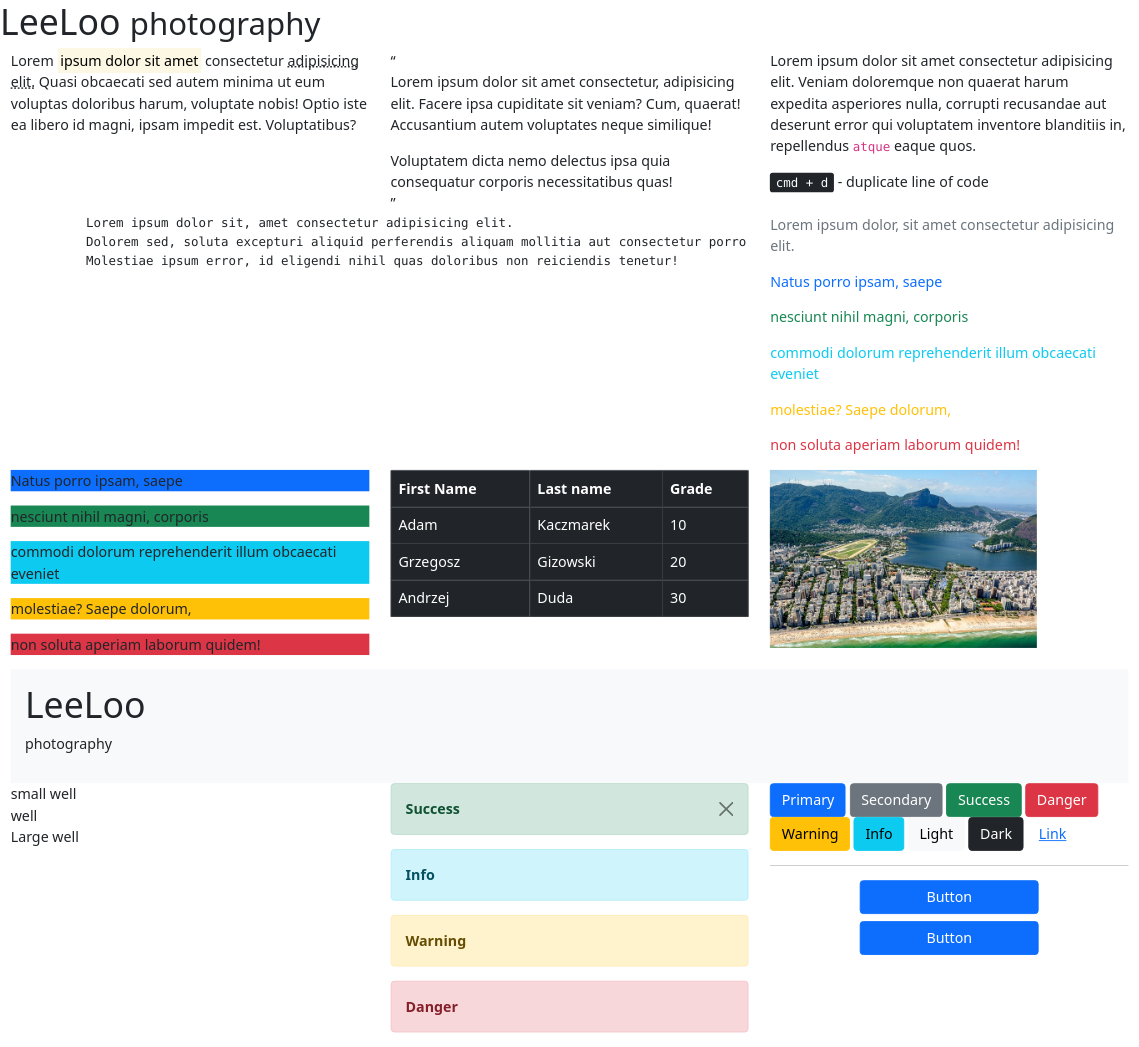
Repository: Zyzik-33/bootstrap-test
Page: index.html
These files come from the project's save history. The page is drawn as it stood at one moment and after the next save; the edit follows.
The browser window is 1280 px wide. The pictures show the whole page, at 89% of full size.

Above is the page before, as saved 2021-01-27 21:24:51.

After the next save:
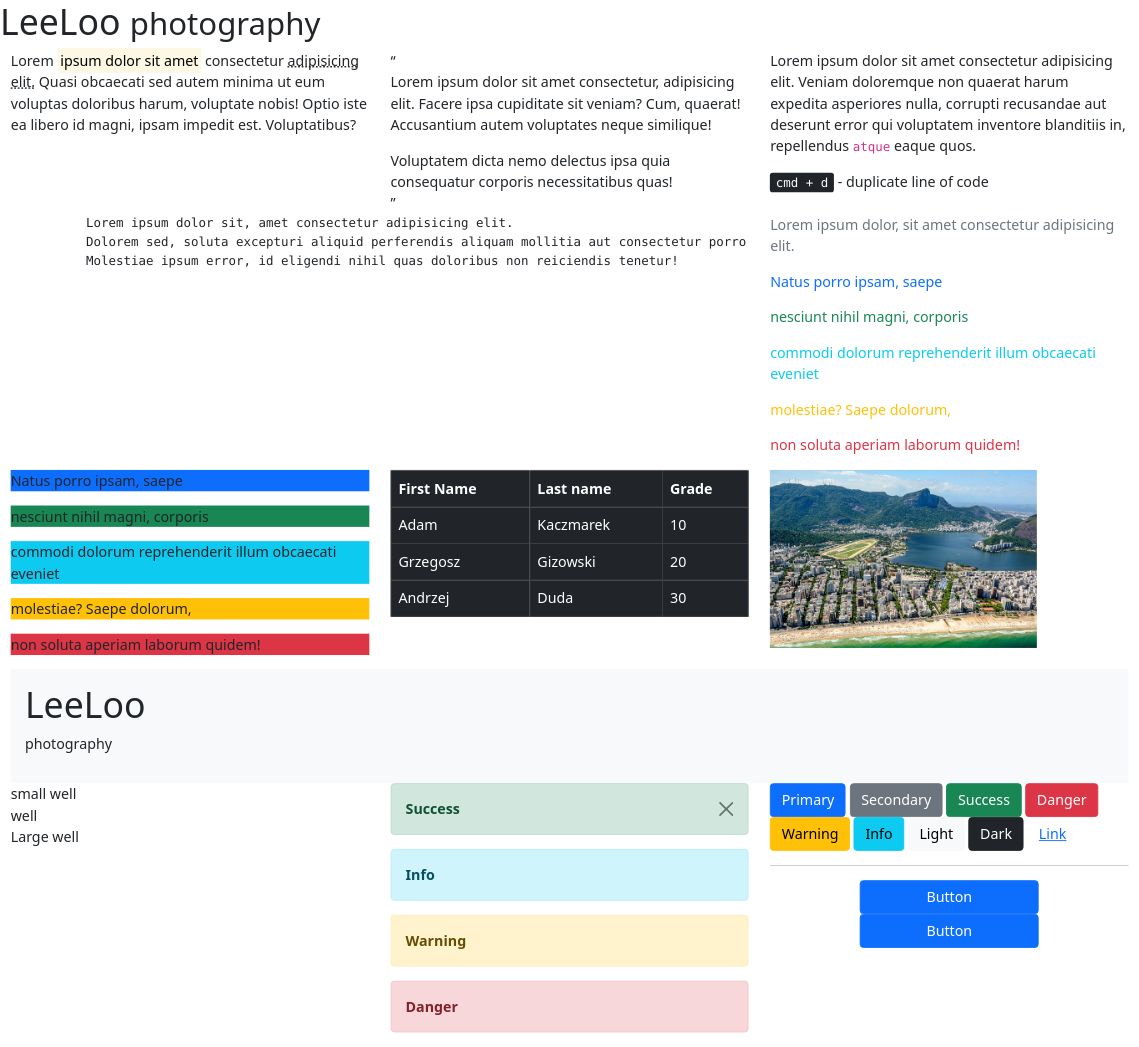
Saved 40 s later.
--- a/index.html
+++ b/index.html
@@ -136,7 +136,7 @@
         <button type="button" class="btn btn-dark">Dark</button>
         <button type="button" class="btn btn-link">Link</button>
         <hr>
-        <div class="d-grid gap-2 col-6 mx-auto">
+        <div class="d-grid gap-7 col-6 mx-auto">
           <button class="btn btn-primary" type="button">Button</button>
           <button class="btn btn-primary" type="button">Button</button>
         </div>

After the save that followed:
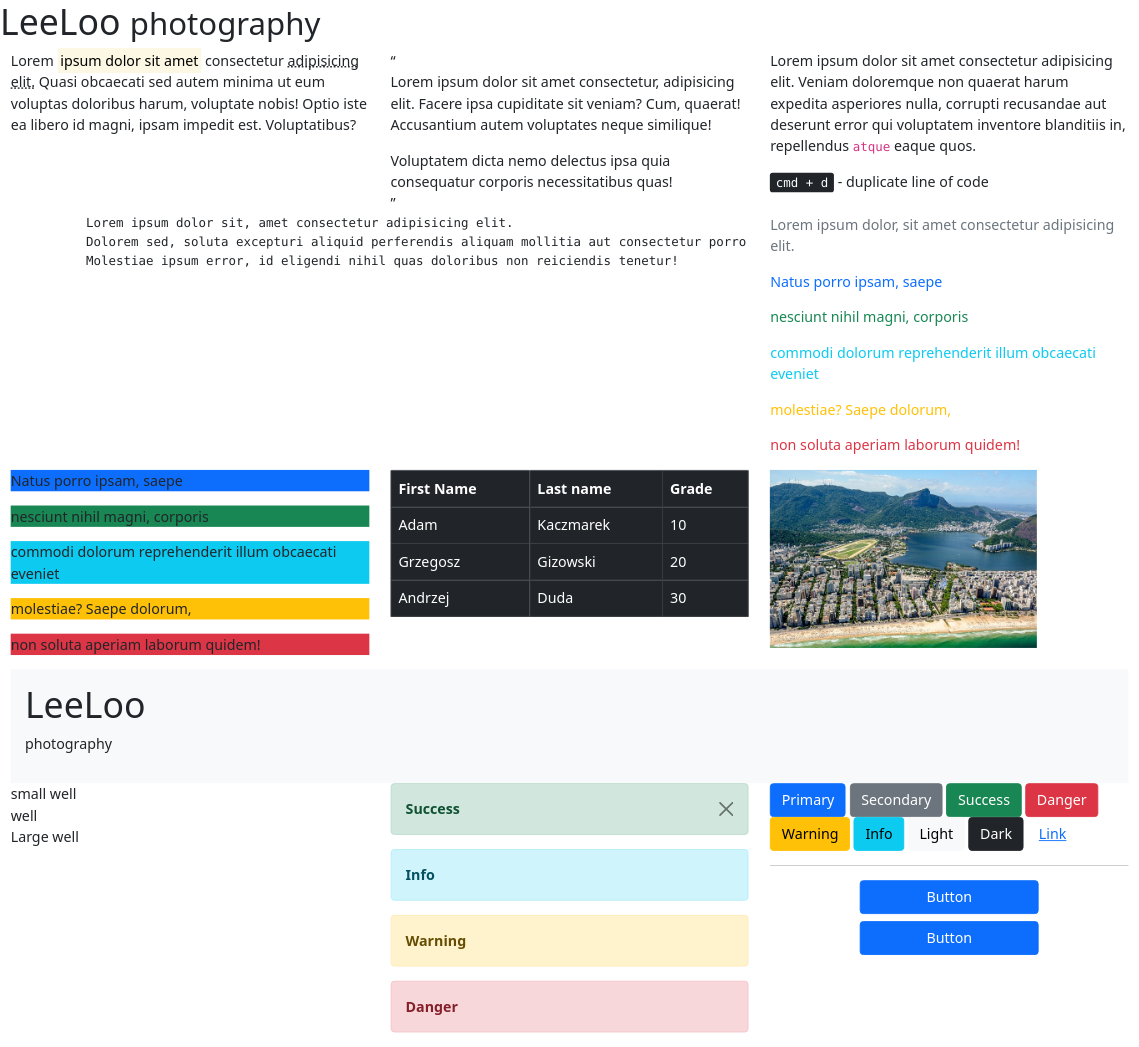
Saved 7 s later.
--- a/index.html
+++ b/index.html
@@ -136,7 +136,7 @@
         <button type="button" class="btn btn-dark">Dark</button>
         <button type="button" class="btn btn-link">Link</button>
         <hr>
-        <div class="d-grid gap-7 col-6 mx-auto">
+        <div class="d-grid gap-2 col-6 mx-auto">
           <button class="btn btn-primary" type="button">Button</button>
           <button class="btn btn-primary" type="button">Button</button>
         </div>
